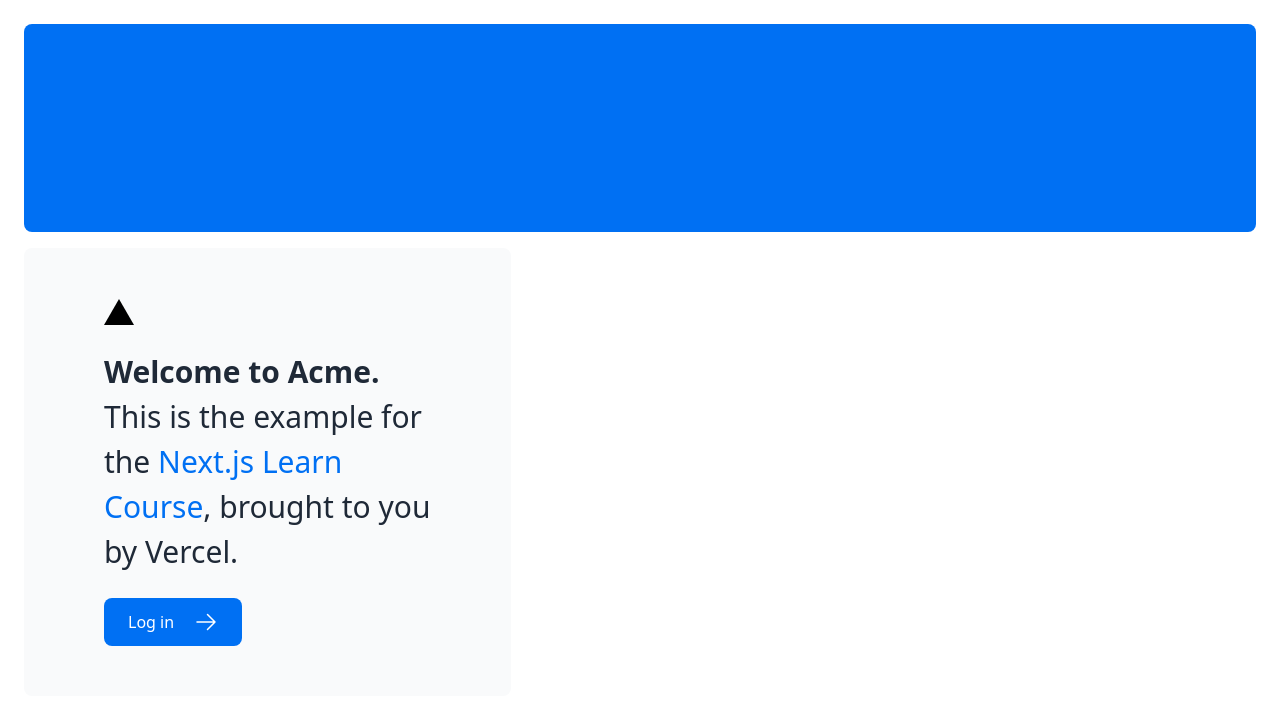
Repository: kaboreibrahim/DashbordNext
Page: /
An editor plug-in stored every save of this project. The page is shown before and after the next save, followed by the edit.
The browser window is 1280 px wide. The pictures show the whole page.
The project was rebuilt for these pictures with package versions that can differ from the ones it lists, and the page was loaded fresh each time. The framework's server and built-in components were replaced by stand-ins that run in the browser. Also part of the build but not shown: next.config.ts.

Above is the page before, as saved 2025-05-23 10:10:39.

### app/page.tsx
import AcmeLogo from '@/app/ui/acme-logo';
import { ArrowRightIcon } from '@heroicons/react/24/outline';
import Link from 'next/link';

export default function Page() {
  return (
    <main className="flex min-h-screen flex-col p-6">
      <div className="flex h-20 shrink-0 items-end rounded-lg bg-blue-500 p-4 md:h-52">
        {/* <AcmeLogo /> */}
      </div>
      <div className="mt-4 flex grow flex-col gap-4 md:flex-row">
        <div className="flex flex-col justify-center gap-6 rounded-lg bg-gray-50 px-6 py-10 md:w-2/5 md:px-20">
        <div
  className="relative w-0 h-0 border-l-[15px] border-r-[15px] border-b-[26px] border-l-transparent border-r-transparent border-b-black"
/>
          <p className={`text-xl text-gray-800 md:text-3xl md:leading-normal`}>
            <strong>Welcome to Acme.</strong> This is the example for the{' '}
            <a href="https://nextjs.org/learn/" className="text-blue-500">
              Next.js Learn Course
            </a>
            , brought to you by Vercel.
          </p>
          <Link
            href="/login"
            className="flex items-center gap-5 self-start rounded-lg bg-blue-500 px-6 py-3 text-sm font-medium text-white transition-colors hover:bg-blue-400 md:text-base"
          >
            <span>Log in</span> <ArrowRightIcon className="w-5 md:w-6" />
          </Link>
        </div>
        <div className="flex items-center justify-center p-6 md:w-3/5 md:px-28 md:py-12">
          {/* Add Hero Images Here */}
        </div>
      </div>
    </main>
  );
}

Loaded but not shown: app/layout.tsx (common file); app/ui/global.css (common file); tailwind.config.ts (common file); app/ui/home.module.css (common file)

After the next save:
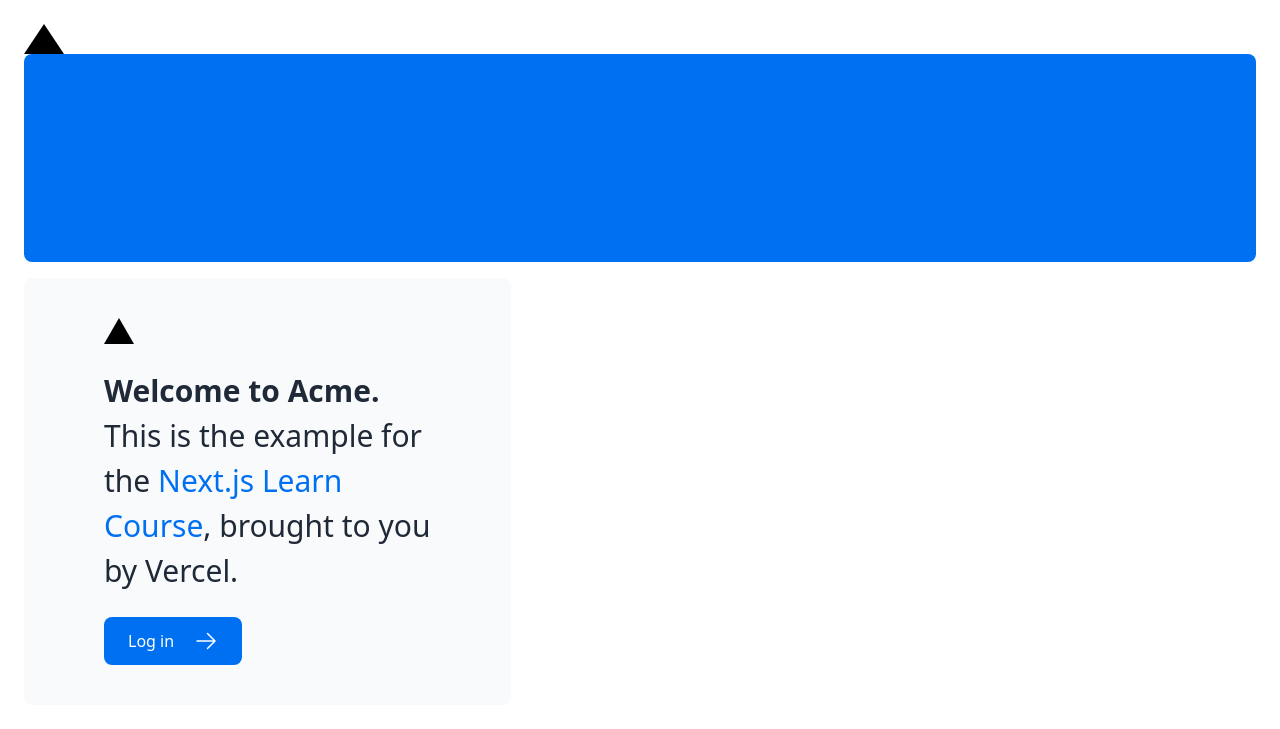
Saved 63 s later.
--- a/app/page.tsx
+++ b/app/page.tsx
@@ -1,10 +1,11 @@
 import AcmeLogo from '@/app/ui/acme-logo';
 import { ArrowRightIcon } from '@heroicons/react/24/outline';
 import Link from 'next/link';
-
+import styles from '@/app/ui/home.module.css';
 export default function Page() {
   return (
     <main className="flex min-h-screen flex-col p-6">
+      <div className={styles.shape} />
       <div className="flex h-20 shrink-0 items-end rounded-lg bg-blue-500 p-4 md:h-52">
         {/* <AcmeLogo /> */}
       </div>
